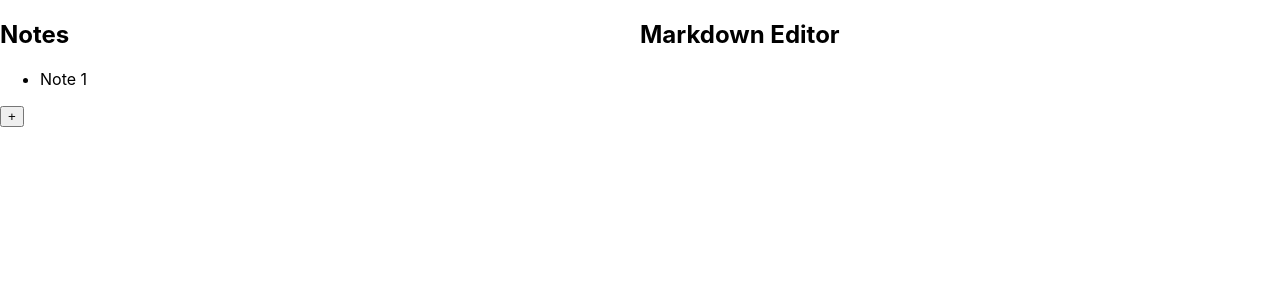
Repository: sriram1224/markdown_editor
Page: /
An editor plug-in stored every save of this project. The page is shown before and after a run of saves, followed by the edit.
The browser window is 1280 px wide. The pictures show the whole page.
The project was rebuilt for these pictures with package versions that can differ from the ones it lists, and the page was loaded fresh each time.

Above is the page before, as saved 2024-04-22 20:10:16.

After the next 2 saves:
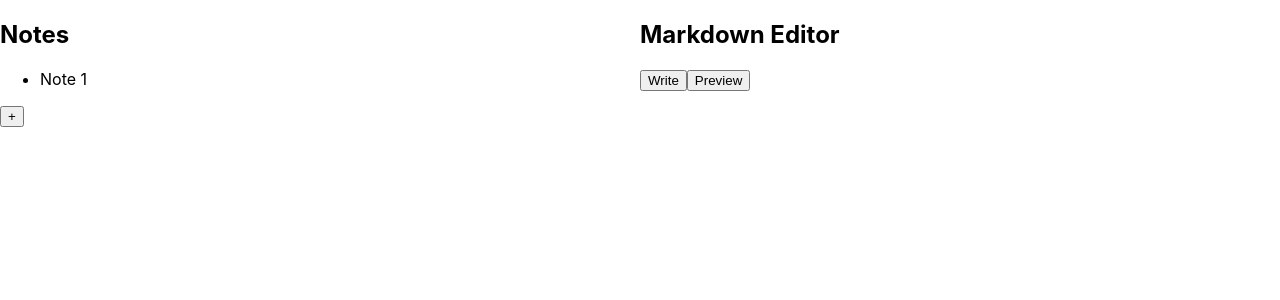
The 2 saves are shown as one change because 1 did not build or start.
The last was saved 2 min 0 s later.
--- a/src/Components/Markdown.js
+++ b/src/Components/Markdown.js
@@ -36,7 +36,7 @@ const MarkdownEditor = () => {
     }
   };
 
-  return (
+    return (
     <div>
       <div style={{ float: 'left', width: '50%' }}>
         <h2>Notes</h2>
@@ -51,6 +51,10 @@ const MarkdownEditor = () => {
       </div>
       <div style={{ float: 'left', width: '50%' }}>
         <h2>Markdown Editor</h2>
+        <div>
+          <button onClick={() => setShowEditor(true)}>Write</button>
+          <button onClick={() => setShowEditor(false)}>Preview</button>
+        </div>
         {showEditor ? (
           <textarea
             value={markdownContent}
